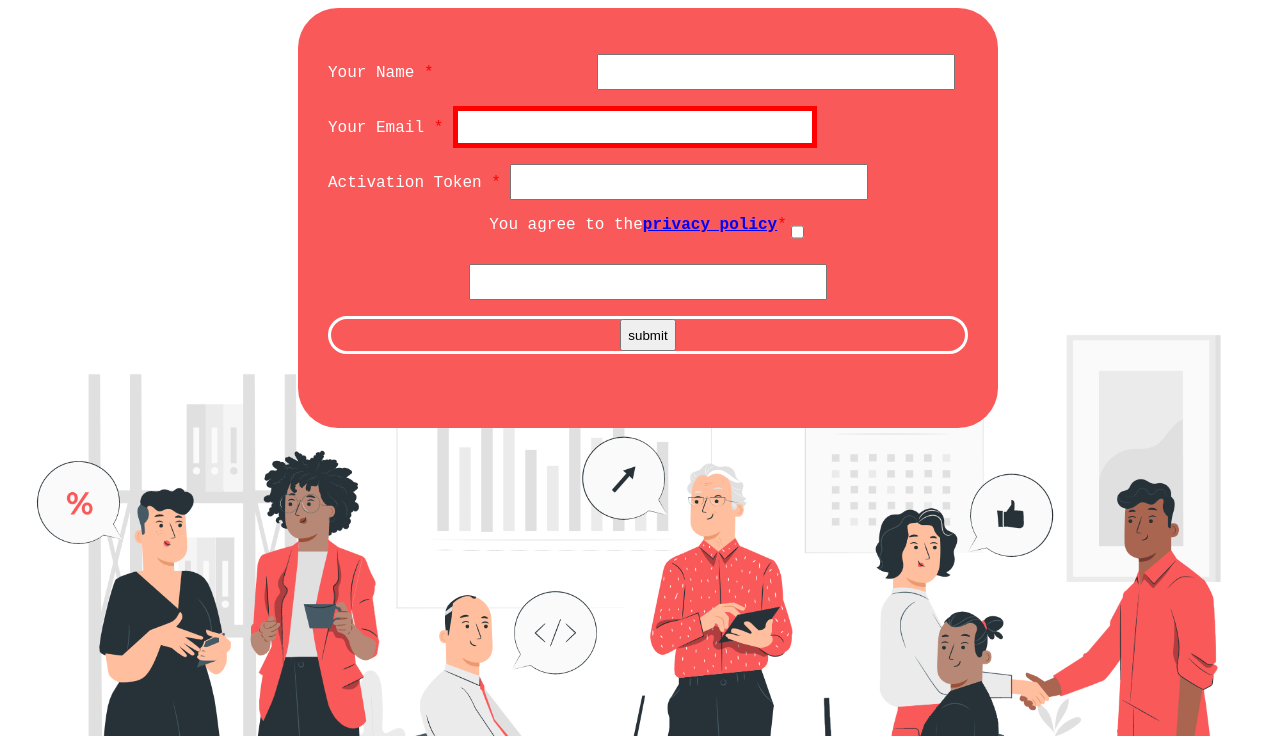
Repository: Rachael4life/Assignment-1
Page: starter-code/src/index.html
An editor plug-in stored every save of this project. The page is shown before and after the next save, followed by the edit.
The browser window is 1280 px wide. The page is 1288 px wide, so the pictures cover 1288 px, including what lies to the right of the window. The pictures show the whole page.

Above is the page before, as saved 2022-02-28 06:16:24.

After the next save:
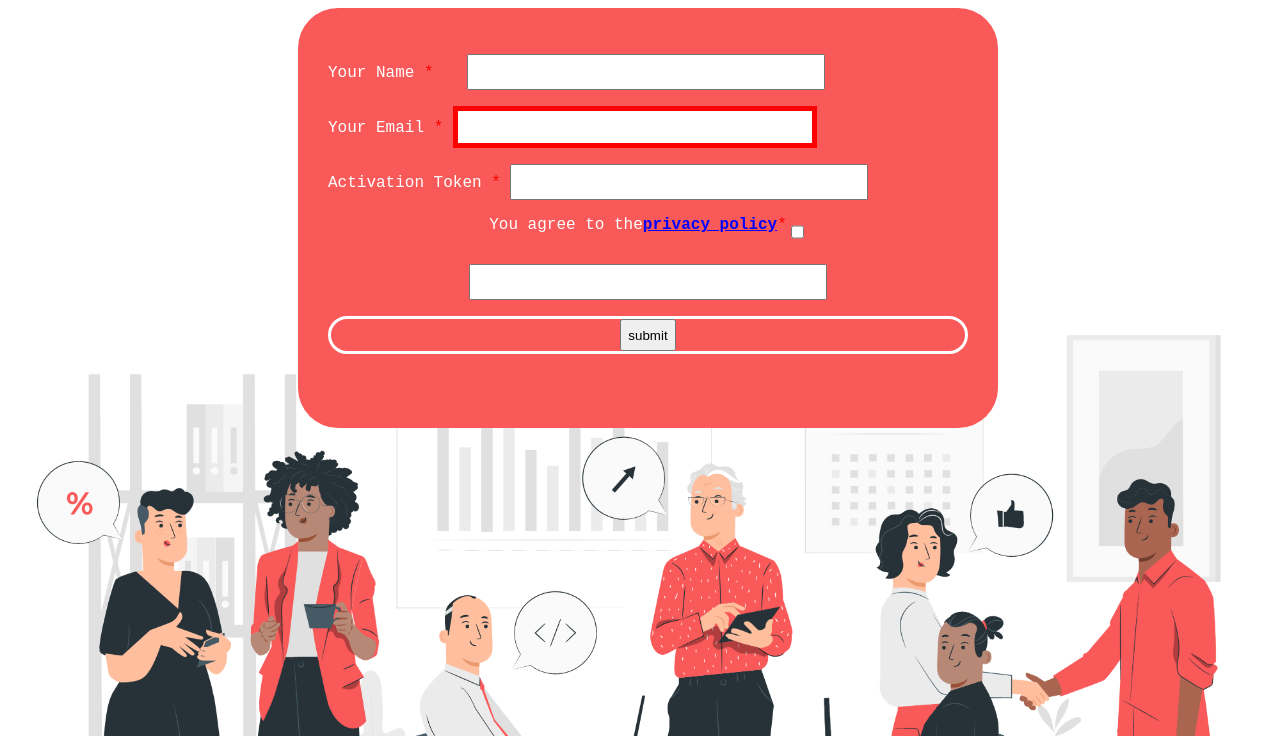
Saved 13 s later.
--- a/starter-code/src/style.css
+++ b/starter-code/src/style.css
@@ -17,7 +17,7 @@ form {
     border-radius: 40px;
 }
 #name {
-    margin-left: 24%;
+    margin-left: 24px;
     height: 30px;
     width: 350px;
 }
